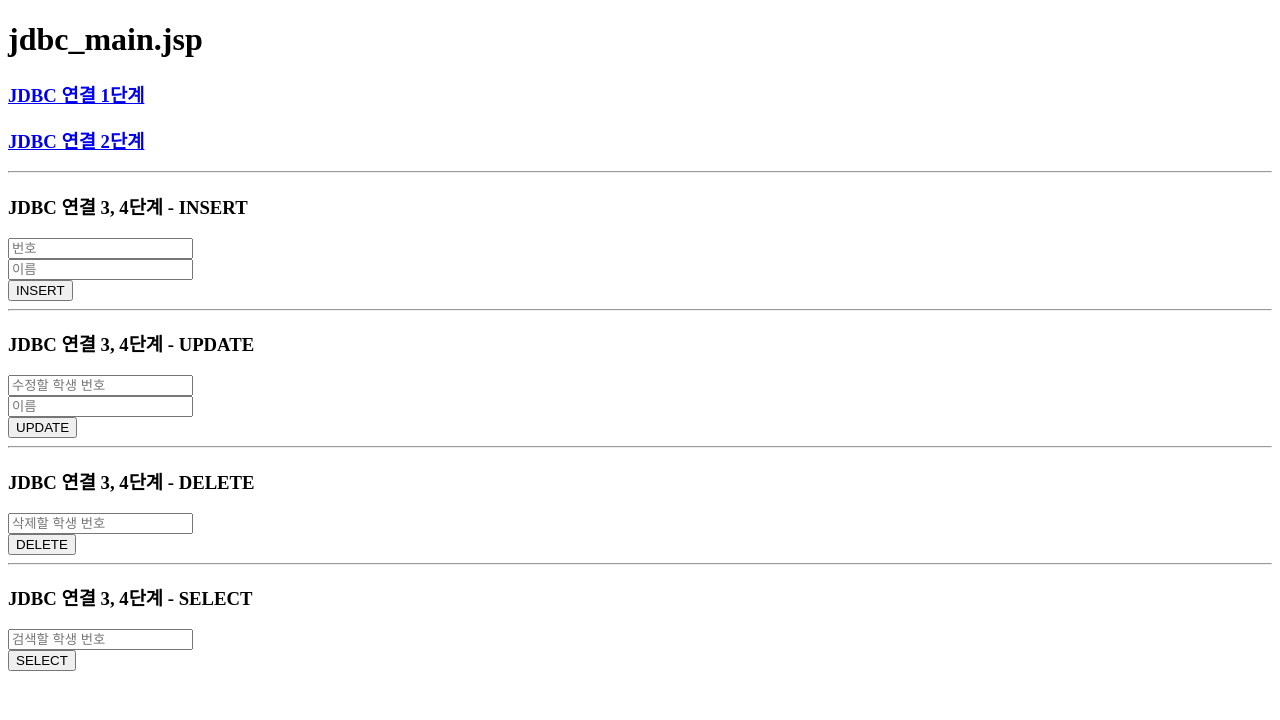
Repository: junesse-afk/ITJSP
Page: http://localhost/StudyJSP/jsp10_jdbc/jdbc_main.jsp
The author's editor kept a copy of each file at every save. The page is drawn from the files as they stood at one save, then again after the next save.
The browser window is 1280 px wide. The pictures show the whole page.
The page is served by Tomcat 10.

Above is the page before, as saved 2024-11-29 06:42:52.

After the next save:
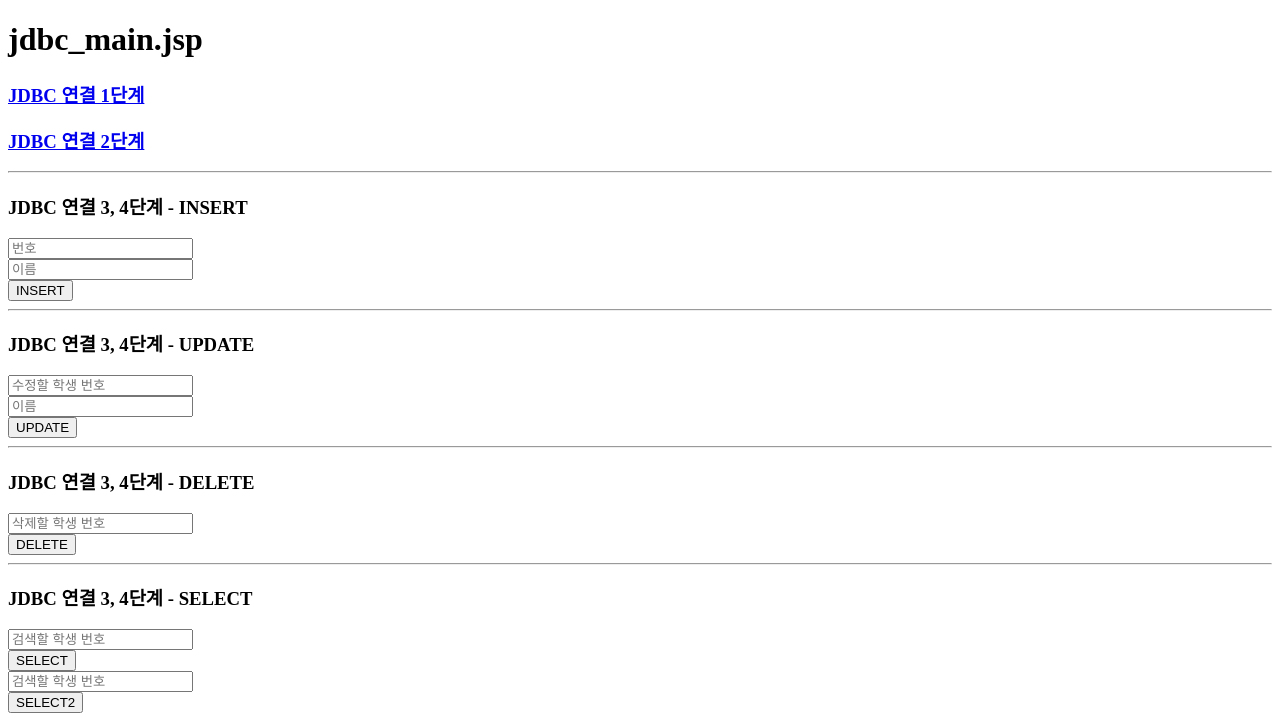
Saved 42 s later.
--- a/workspace_jsp/StudyJSP/src/main/webapp/jsp10_jdbc/jdbc_main.jsp
+++ b/workspace_jsp/StudyJSP/src/main/webapp/jsp10_jdbc/jdbc_main.jsp
@@ -44,7 +44,10 @@
 		<input type="text" name="idx" placeholder="검색할 학생 번호"><br>
 		<input type="submit" value="SELECT">
 	</form>
-
+	<form action="connect3_select2.jdbc" method="get">
+		<input type="text" name="idx" placeholder="검색할 학생 번호"><br>
+		<input type="submit" value="SELECT2">
+	</form>
 
 
 
